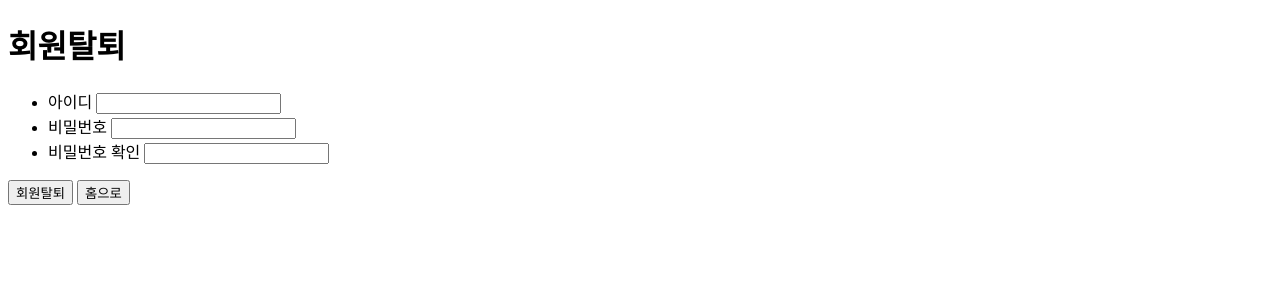
Repository: coolSummer1119/study
Page: http://localhost/ch03_Jsp/ch17_member/deleteUserForm.jsp
These files come from the project's save history. The page is drawn as it stood at one moment and after the next save; the edit follows.
The browser window is 1280 px wide. The pictures show the whole page.
The page is served by Tomcat 9. The session is filled in as if someone had signed in: {"user_num": 1, "user_id": 1}.

Above is the page before, as saved 2024-04-30 05:26:41.

After the next save:
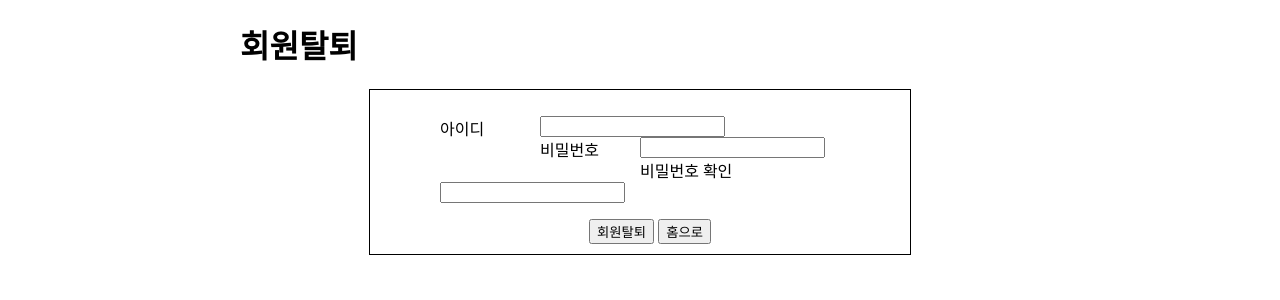
Saved 20 s later.
--- a/workspace/ch03_Jsp/src/main/webapp/ch17_member/deleteUserForm.jsp
+++ b/workspace/ch03_Jsp/src/main/webapp/ch17_member/deleteUserForm.jsp
@@ -11,6 +11,8 @@
 <head>
 <meta charset="UTF-8">
 <title>회원탈퇴</title>
+<link rel="stylesheet" href="../CSS/style.css" type="text/css">
+<script type="text/javascript" src="<%= request.getContextPath() %>/js/jquery-3.7.1.min.js"></script>
 </head>
 <body>
 <div class="page-main">
